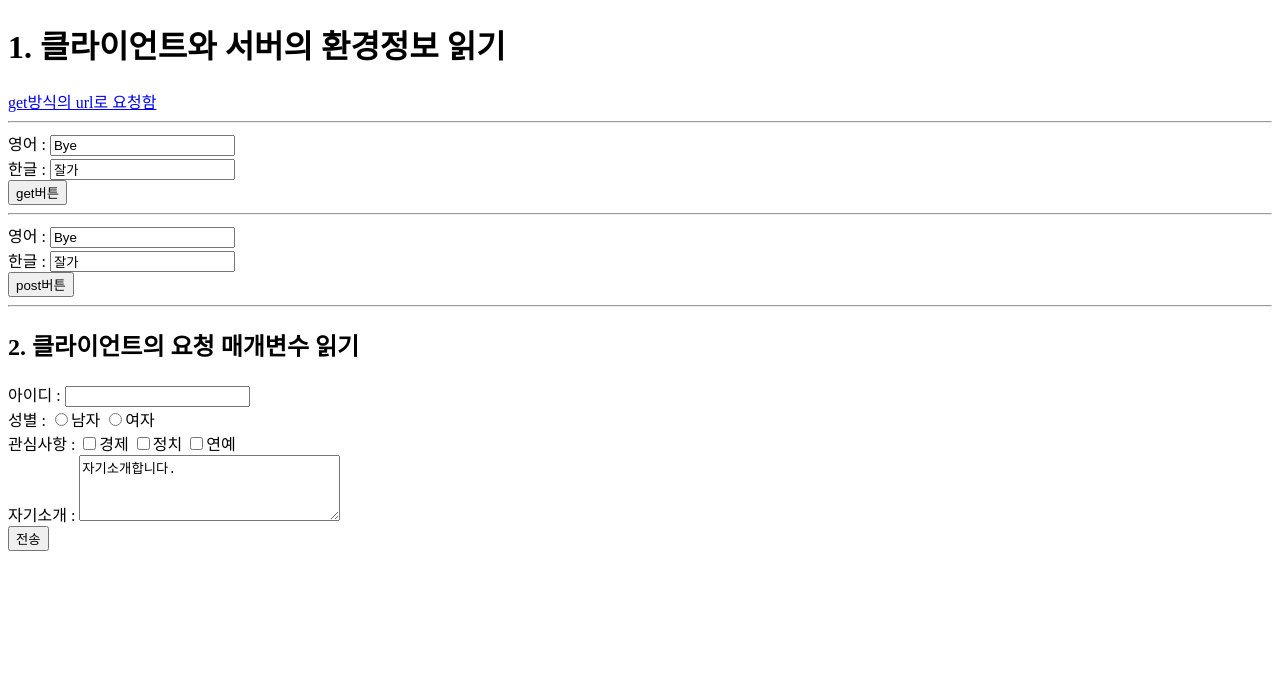
Repository: AHJ2616/Java
Page: http://localhost/board-jsp/02ImplicitObject/RequestMain.jsp
These files come from the project's save history. The page is drawn as it stood at one moment and after the next save; the edit follows.
The browser window is 1280 px wide. The pictures show the whole page.
The page is served by Tomcat 9.

Above is the page before, as saved 2024-07-22 07:51:19.

After the next save:
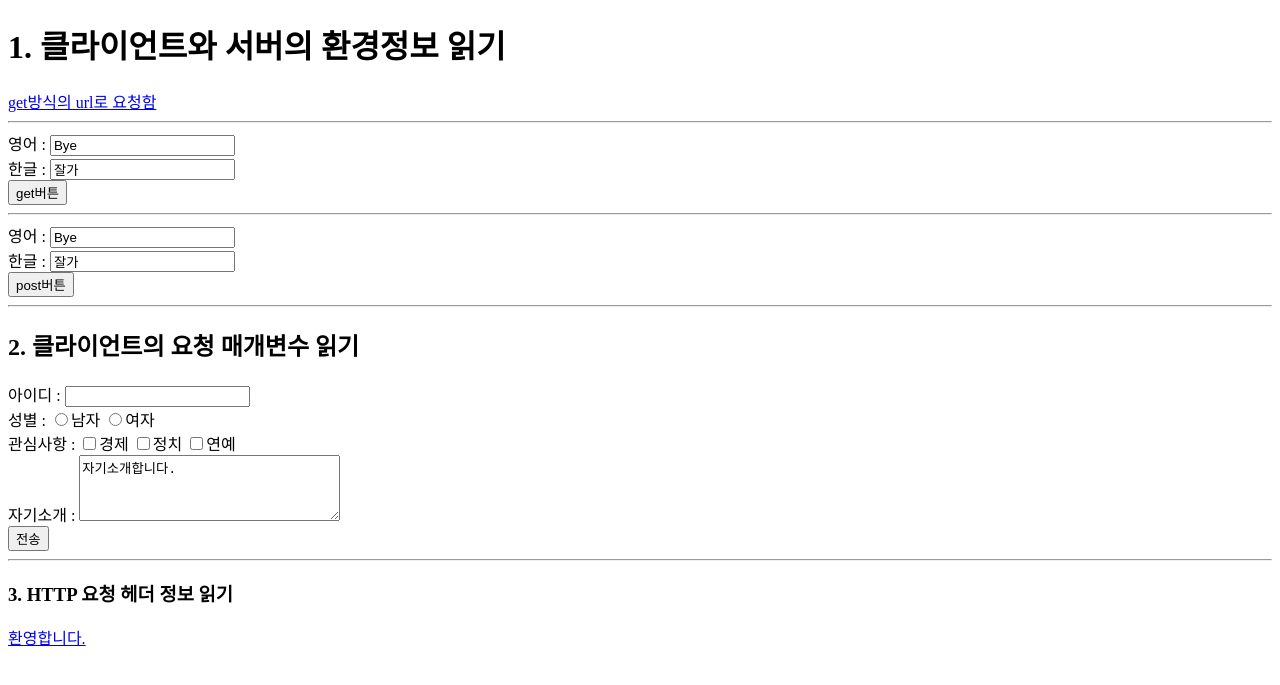
Saved 4 min 5 s later.
--- a/jsp_workspace/board-jsp/src/main/webapp/02ImplicitObject/RequestMain.jsp
+++ b/jsp_workspace/board-jsp/src/main/webapp/02ImplicitObject/RequestMain.jsp
@@ -44,10 +44,9 @@
 
 	</form>
 
-
-
-
-
+	<hr>
+	<h3> 3. HTTP 요청 헤더 정보 읽기 </h3> <!-- 요청자의 정보를 알고 싶을 때 사용  -->
+	<a href="RequestHeader.jsp"> 환영합니다. </a>
 
 </body>
 </html>
